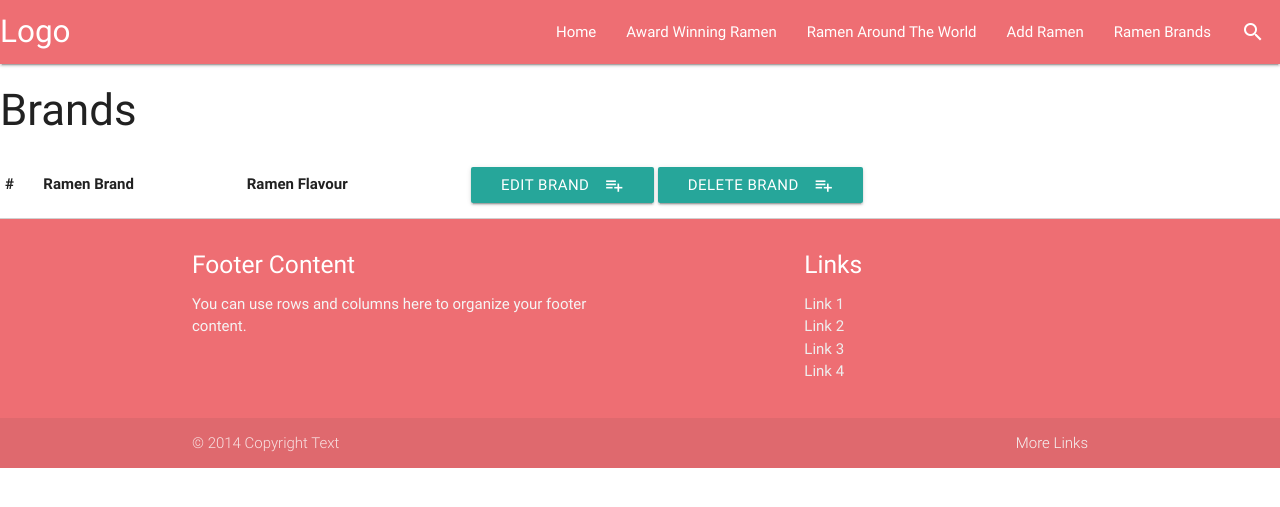
Repository: Paddlepop25/codeinstitute-insta-ramen
Page: templates/brands.html
The author's editor kept a record of every edit. The page is drawn from the files as they stood at one moment, then again after the next edit.
The browser window is 1280 px wide. The pictures show the whole page.
Some web libraries are served in a nearby version. The template is drawn by Flask 3. The application's start-up code is not run. The template is opened directly, without the code that normally fills it, so the values that code supplies are empty.

Above is the page before.

After the next edit:
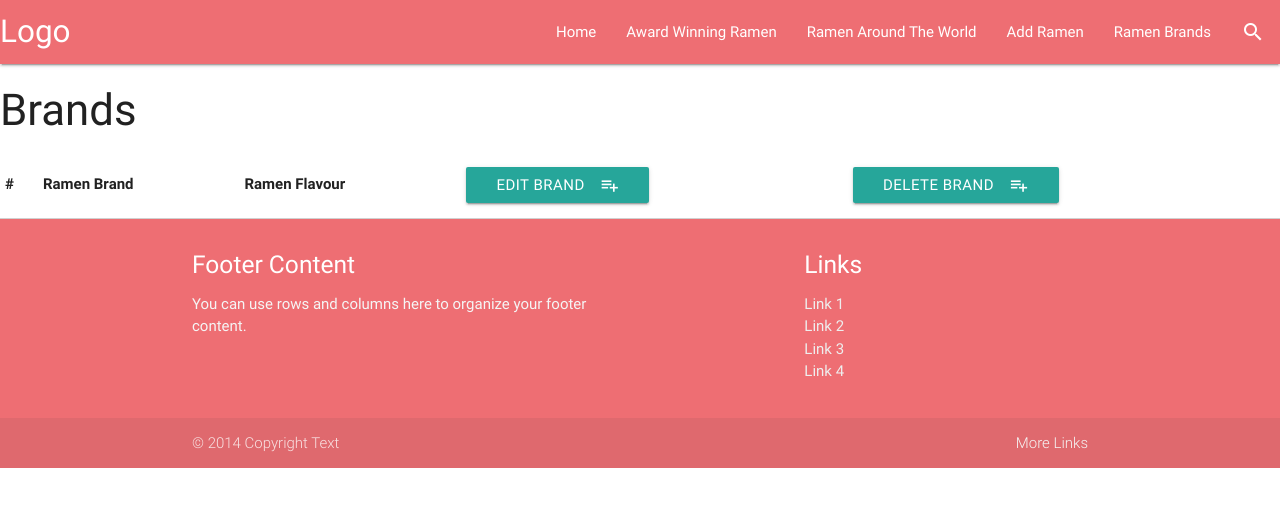
The edit:
--- a/templates/brands.html
+++ b/templates/brands.html
@@ -15,7 +15,8 @@
         <button class="btn waves-effect waves-light" type="submit" name="action">Edit Brand
         <i class="material-icons right">playlist_add</i>
       </button>
-
+      </td>
+      <td>
       <button class="btn waves-effect waves-light" type="submit" name="action">Delete Brand
         <i class="material-icons right">playlist_add</i>
       </button>
